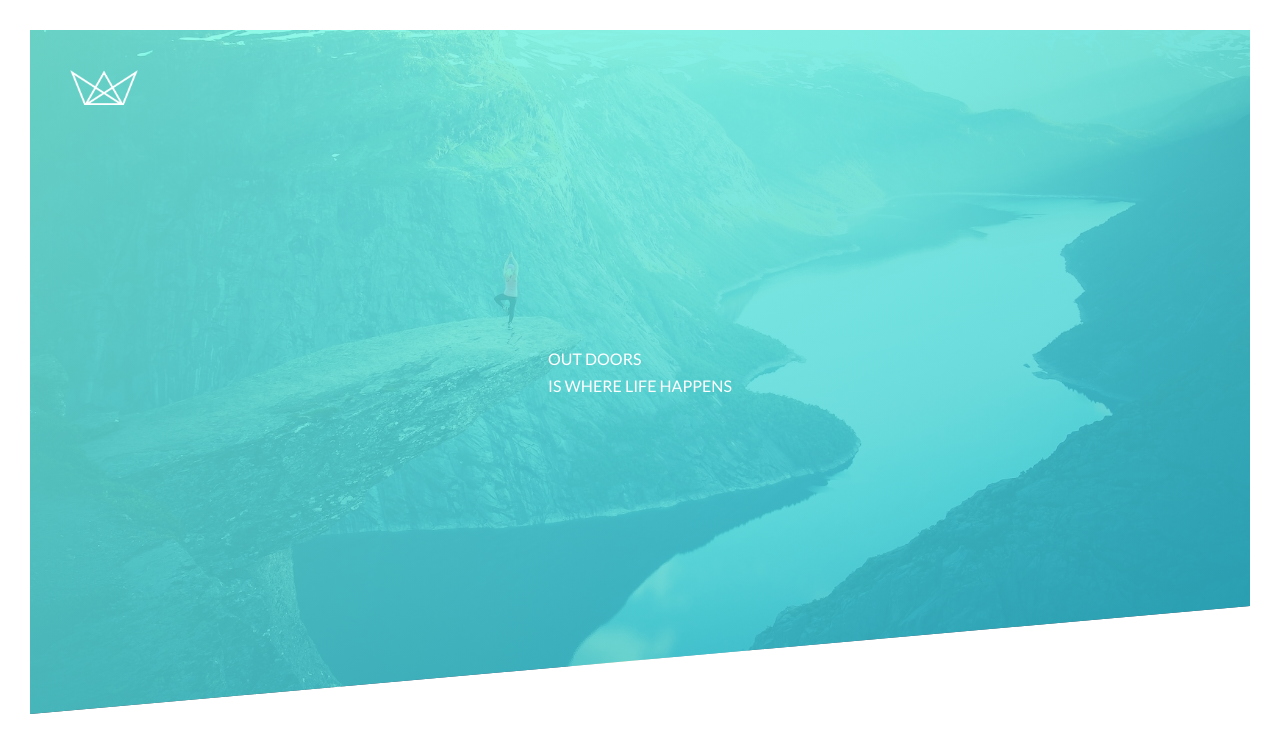
Repository: haokiet2501/natours-page
Page: index.html
An editor plug-in stored every save of this project. The page is shown before and after a run of saves, followed by the edit.
The browser window is 1280 px wide. The pictures show the whole page.

Above is the page before, as saved 2022-07-31 17:10:00.

After the next 3 saves:
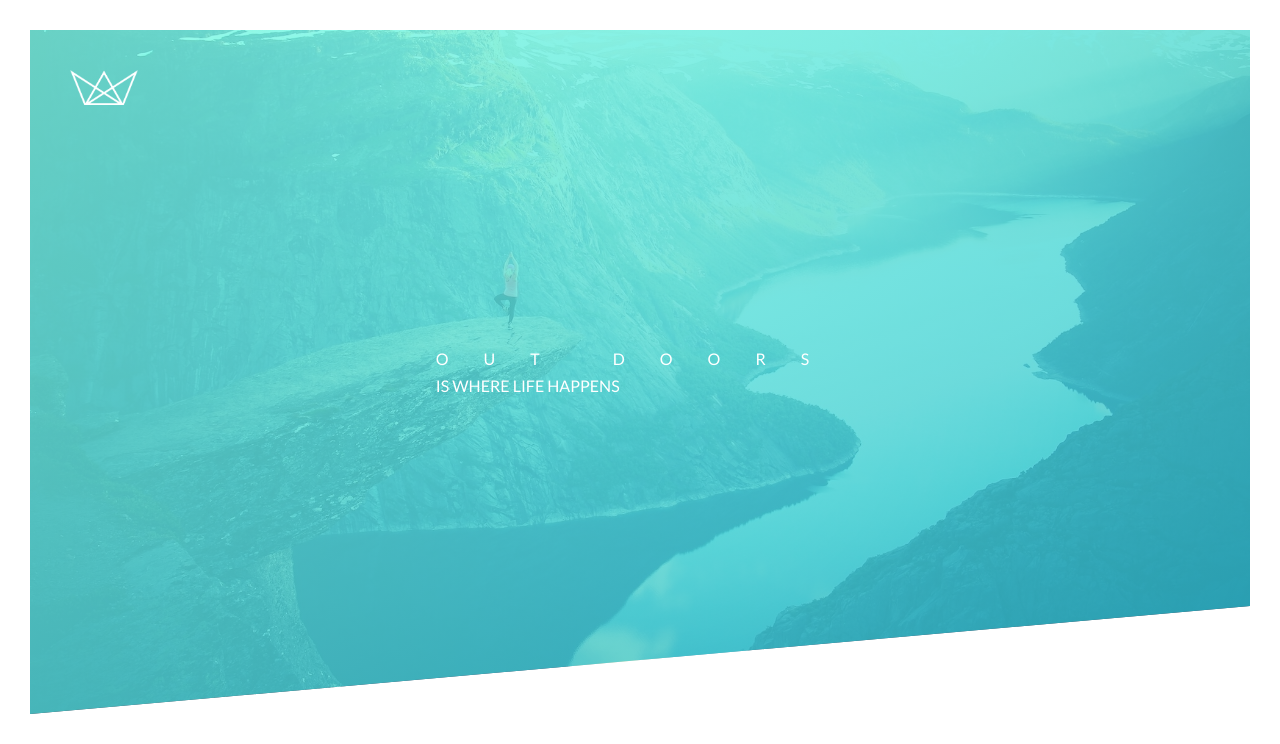
The 3 saves are shown as one change because they came seconds apart.
The last was saved 9 s later.
--- a/styles.css
+++ b/styles.css
@@ -61,5 +61,7 @@ html {
 }
 
 .heading-subtitle {
+    font-size: 16px;
     font-weight: 400;
+    letter-spacing: 35px;
 }
